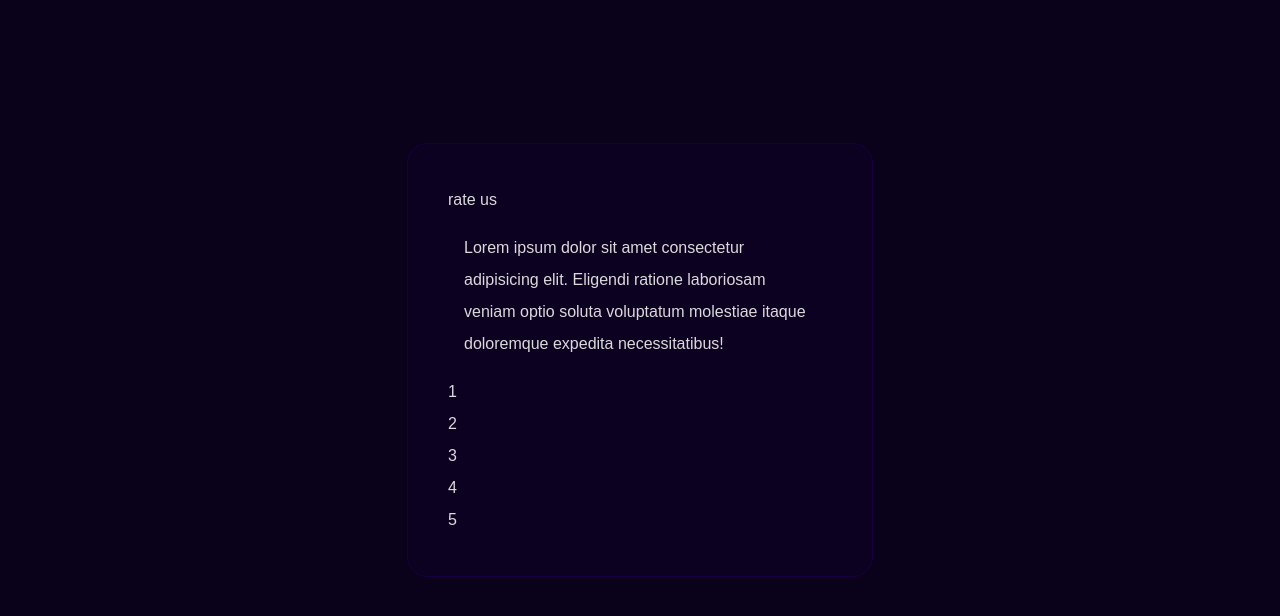
Repository: russel-success/xcodepp-TASK-2
Page: index.html
These files come from the project's save history. The page is drawn as it stood at one moment and after the next save; the edit follows.
The browser window is 1280 px wide. The pictures show the whole page.

Above is the page before, as saved 2024-05-24 22:50:20.

### index.html
<!DOCTYPE html>
<html lang="en">
<head>
    <meta charset="UTF-8">
    <meta name="viewport" content="width=device-width, initial-scale=1.0">
    <link rel="stylesheet" href="styles/styles.css">
    <title>Ratings</title>
</head>
<body>
    <div class="container">
        <div class="card-container">
            <div class="rate-us">
                <span></span><span><p>rate us</p></span>
            </div>
            <div class="body-text-container"><p class="body-text">Lorem ipsum dolor sit amet consectetur adipisicing elit. Eligendi ratione laboriosam veniam optio soluta voluptatum molestiae itaque doloremque expedita necessitatibus!</p>
            </div>
            <div class="ratings-container">
                <div class="rating">1</div>
                <div class="rating">2</div>
                <div class="rating">3</div>
                <div class="rating">4</div>
                <div class="rating">5</div>
            </div>
        </div>
    </div>
</body>
</html>

### styles/styles.css
/* :root{
    --prim-purple:rgb(8, 1, 30)
} */
*{
    padding:0;
    margin:0;
}
.container{
    background:rgb(10, 1, 27);
    width:100vw;
    height:100vh;
    display:flex;
    justify-content: center;
    align-items: center;
}
.card-container{
    width:30%;
    height:fit-content;
    padding:40px;
    border-radius: 20px;
    border:1px solid rgb(23, 0, 63);
    background:rgb(13, 1, 34);
    color:rgb(218, 218, 218);
    font-family:Arial, Helvetica, sans-serif;
    line-height: 2rem;
}
.body-text-container{
    width:fit-content;
    height:fit-content;
    padding:16px;
}
.body-text{
    color:inherit;
}

After the next save:
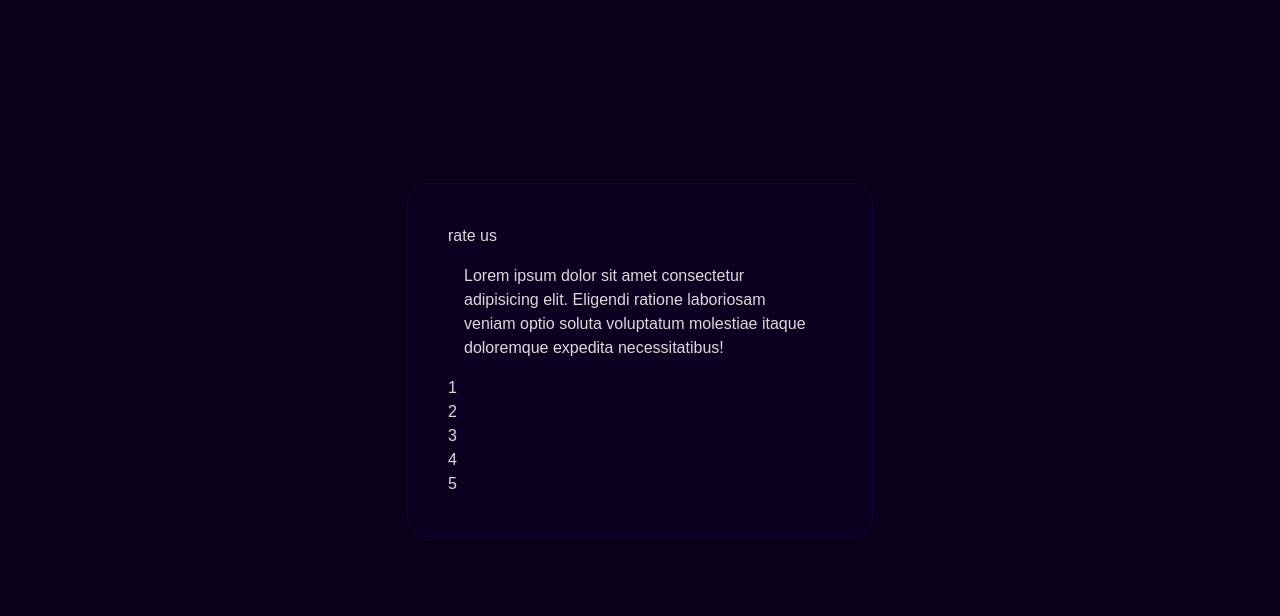
Saved 7 s later.
--- a/styles/styles.css
+++ b/styles/styles.css
@@ -22,7 +22,7 @@
     background:rgb(13, 1, 34);
     color:rgb(218, 218, 218);
     font-family:Arial, Helvetica, sans-serif;
-    line-height: 2rem;
+    line-height: 1.5rem;
 }
 .body-text-container{
     width:fit-content;
